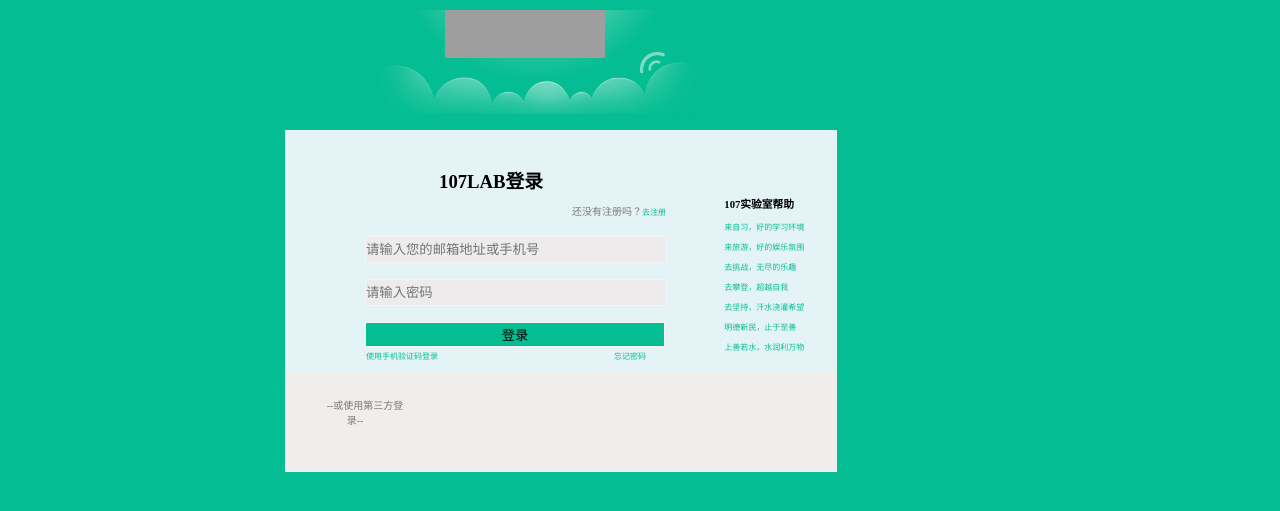
Repository: zz-yy/2023_homework
Page: 第一次考核作业/mazehua/index.html
An editor plug-in stored every save of this project. The page is shown before and after the next save, followed by the edit.
The browser window is 1280 px wide. The pictures show the whole page.
Pictures or frames that could not be fetched are drawn as grey boxes.

Above is the page before, as saved 2024-04-05 15:04:33.

### 第一次考核作业/mazehua/index.html
<!DOCTYPE html>
<html lang="en">

<head>
    <meta charset="UTF-8">
    <meta http-equiv="X-UA-Compatible" content="IE=edge">
    <meta name="viewport" content="width=device-width, initial-scale=1.0">
    <title>107LAB登录</title>
    <!--引入css样式表-->
    <link rel="stylesheet" href="index.css">
    <!--引入图标样式-->
    <link rel="stylesheet" href="./iconfont.css">

</head>

<body>

    <div class="logbj">
        <div class="logo"><img src="./images/logo.png"></div><br>
    </div>

    <div class="login">
        <ul class="left">
            <li>

                    <h3>107LAB登录</h3>
                    <span class="tishi">还没有注册吗？<a href="#">去注册</a></span>



                <form action="#">
                    <input type="text" placeholder="请输入您的邮箱地址或手机号" name="text"><br>
                    <input type="password" placeholder="请输入密码" name="psd"><br>
                    <input class="sub" type="submit" value="登录">
                </form>
                <div class="forget"><span class="L"><a href="#">使用手机验证码登录</a> </span> <span class="R"><a
                            href="#">忘记密码</a></span></div>
            </li>
        </ul>
        <ul class="right">
            <li>
                <h6>107实验室帮助</h6>
            </li>
            <li> <a href="#">来自习，好的学习环境</a></li>
            <li> <a href="#">来旅游，好的娱乐氛围</a></li>
            <li><a href="#">去挑战，无尽的乐趣</a></li>
            <li><a href="#">去攀登，超越自我</a></li>
            <li><a href="#">去坚持，汗水浇灌希望</a></li>
            <li><a href="#">明德新民，止于至善</a></li>
            <li><a href="#">上善若水，水润利万物</a></li>
        </ul>


    </div>
    <div class="third">
        <ul class="third-left">
            <li><span>--或使用第三方登录--</span></li>
            <li></li>
        </ul>
        <ul class="third-right"></ul>
    </div>

</body>

</html>

### 第一次考核作业/mazehua/index.css
* {
    margin: 0px;
    padding: 0px;
    user-select: none;
}

body {

    background: rgb(5, 189, 146);
    float: left;

}

.logbj {
    background-image: url(/images/bg_reg_wave.png);
    background-repeat: no-repeat;
    background-size: 500px;

    width: 550px;
    height: 100px;
    margin: 10px 50%;

    padding: 10px 10px;
}

.logo {
    height: 60px;
    width: 200px;
    margin: 10px 120px;

}

.logo img {
    width: 80%;
    height: 80%;
    position: relative;
    left: 30px;
    top: -20px;
}

.login {
    display: flex;
    height: 250px;
    width: 550px;
    margin: -10px 50%;
    padding: 1px;
    background: #e3f3f6;

}

h3 {
    text-align: center;

}

li {
    width: 90px;
    height: 10px;
    list-style: none;
    position: relative;
    margin: 10px;
}

a {
    text-decoration: none;

}

.tishi {
    float: right;
    font-size: 10px;
    color: #7e7979;
    margin: 10px 0px;
}

a {
    font-size: 8px;
    color: rgb(5, 189, 146);
}

.left {
    width: 400px;
    height: 220px;
    margin: 20px 10px;
    float: left;
    padding: 5px 10px;
}

.left li {
    width: 350px;
    height: 200px;
    margin: 10px 10px;
    float: left;
}

form {
    height: 140px;
    width: 330px;
    margin: 10px 40px;
    padding: 1px;


}

input {
    margin: 8px;
    width: 300px;
    height: 25px;
    outline-style: none;
    background: rgb(237, 235, 235);
    border: 1px solid rgb(245, 243, 243);
}

.sub {
    background: rgb(5, 189, 146);
}

.right {
    height: 220px;
    width: 120px;
    float: right;
    padding: 5px;
    margin: 50px 2.5px;
}

.forget {
    width: 280px;
    height: 20px;
    margin: -10px 50px;
}

.L {
    float: left;
}

.R {
    float: right;
}

.third {
    display: flex;
    width: 552px;
    height: 100px;
    background: rgb(240, 237, 237);
    position: relative;
    top: 0px;
    left: 50%;
    font-size: 10px;
    color: #7e7979;
    text-align: center;
}



.third-left {
    width: 400px;
    height: 80px;
    margin: 10px 10px;
    float: left;
    padding: 5px 10px;
}

.third-right {
    height: 80px;
    width: 120px;
    float: right;
    padding: 5px;
    margin: 10px 2.5px;
}
.third-left li{

    margin: 10 50%;

}
.third span {
    text-align: center;
    width: 552px;
    height: 30px;
    padding: 10px;
}

### 第一次考核作业/mazehua/iconfont/iconfont.css
@font-face {
  font-family: "iconfont"; /* Project id  */
  src: url('iconfont.ttf?t=1712408906963') format('truetype');
}

.iconfont {
  font-family: "iconfont" !important;
  font-size: 16px;
  font-style: normal;
  -webkit-font-smoothing: antialiased;
  -moz-osx-font-smoothing: grayscale;
}

.icon-qq:before {
  content: "\e66a";
}

.icon-weixin:before {
  content: "\e633";
}

.icon-zhanghu:before {
  content: "\e62b";
}

.icon-weixin1:before {
  content: "\e64b";
}

.icon-qq-copy:before {
  content: "\e658";
}

.icon-QQ:before {
  content: "\e73e";
}

.icon-GitHub:before {
  content: "\ea0a";
}

.icon-Oracle:before {
  content: "\ea23";
}

.icon-QQ1:before {
  content: "\e882";
}

.icon-zaixianlianxi:before {
  content: "\e6a7";
}

.icon-QQkongjian:before {
  content: "\e666";
}

.icon-QQ2:before {
  content: "\e667";
}

.icon-search:before {
  content: "\e611";
}

.icon-qq1:before {
  content: "\e636";
}

.icon-weixin2:before {
  content: "\e782";
}

.icon-weixin3:before {
  content: "\e607";
}

.icon-QQ3:before {
  content: "\ea94";
}

After the next save:
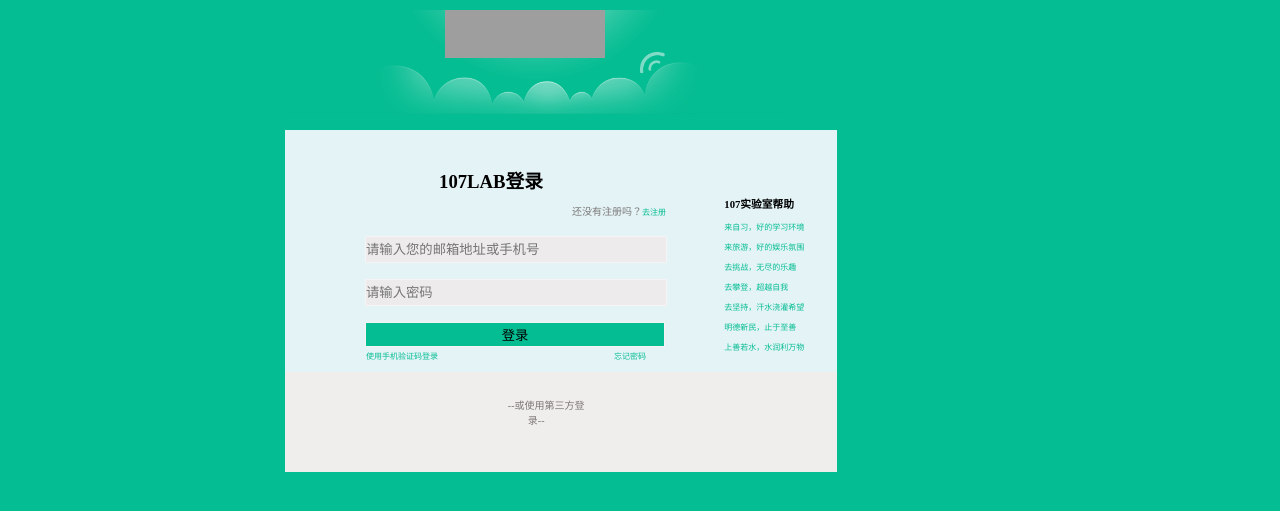
Saved 1 s later.
--- a/第一次考核作业/mazehua/index.css
+++ b/第一次考核作业/mazehua/index.css
@@ -169,7 +169,7 @@ input {
 }
 .third-left li{
 
-    margin: 10 50%;
+    margin: 10px 50%;
 
 }
 .third span {
